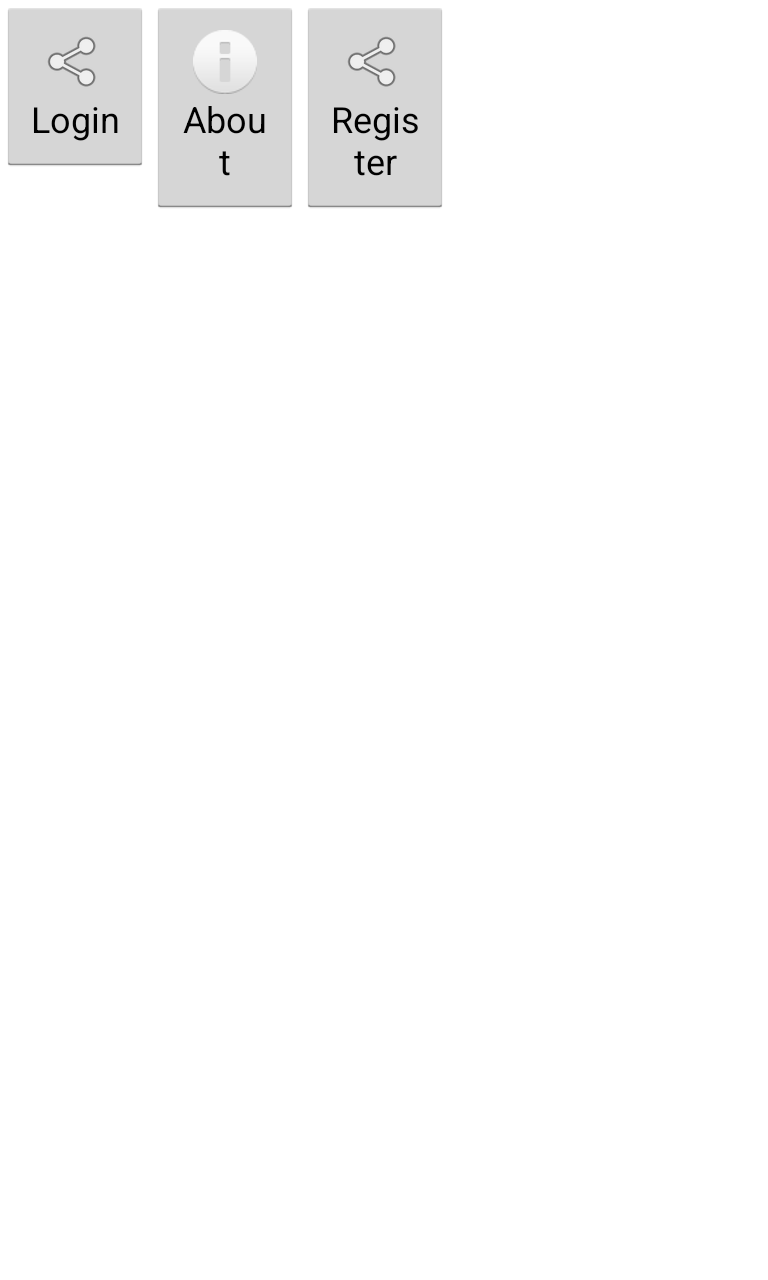
Repository: njiiriJohnii/Android-projects
Layout: basicfragments/res/layout/activity_main.xml
These files come from the project's save history. The layout is drawn as it stood at one moment and after the next save; the edit follows.
It is drawn on a 768 x 1280 px phone screen (xhdpi) without system bars, with theme AppTheme; the app's code is not run.

Above is the layout before, as saved 2014-06-19 09:43:55.

After the next save:
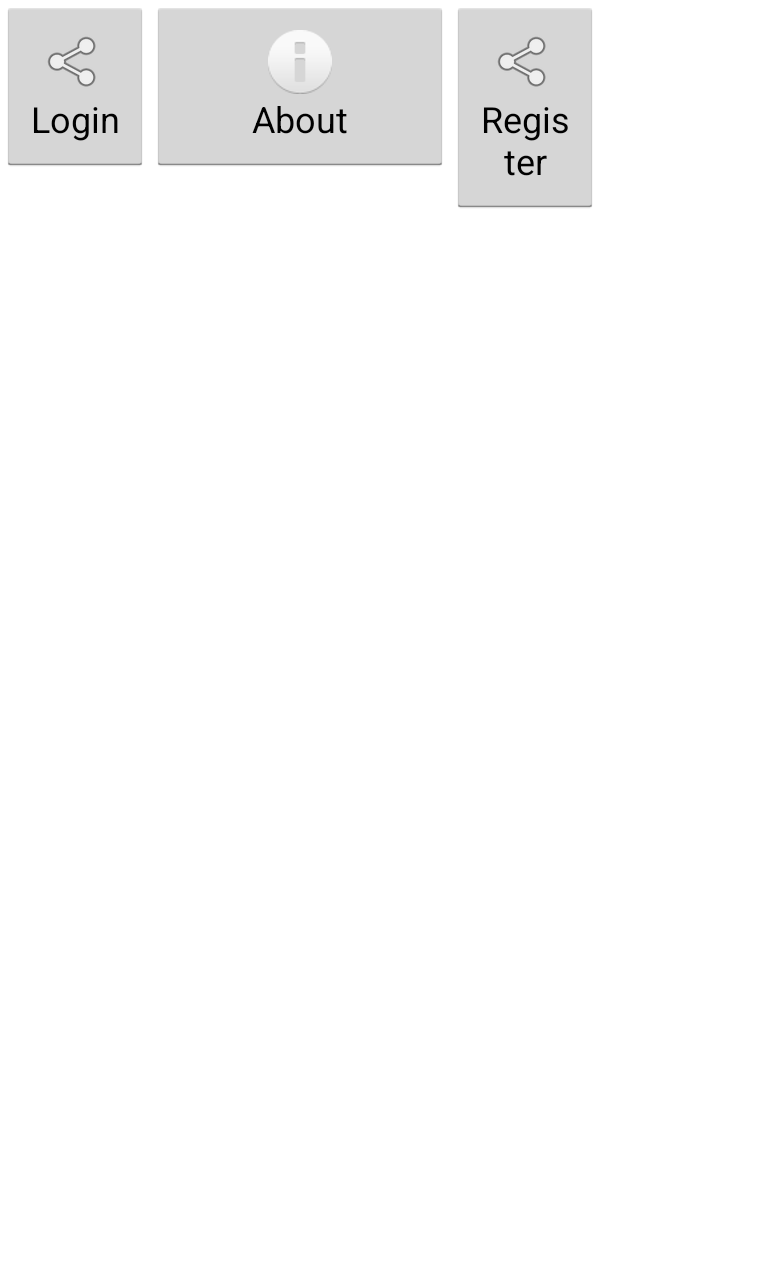
Saved 52 min 20 s later.
--- a/basicfragments/res/layout/activity_main.xml
+++ b/basicfragments/res/layout/activity_main.xml
@@ -36,7 +36,7 @@
 
     <Button
         android:id="@+id/btninfo"
-        android:layout_width="150px"
+        android:layout_width="150dp"
         android:layout_height="wrap_content"
         android:layout_alignParentTop="true"
         android:padding="15dip"
